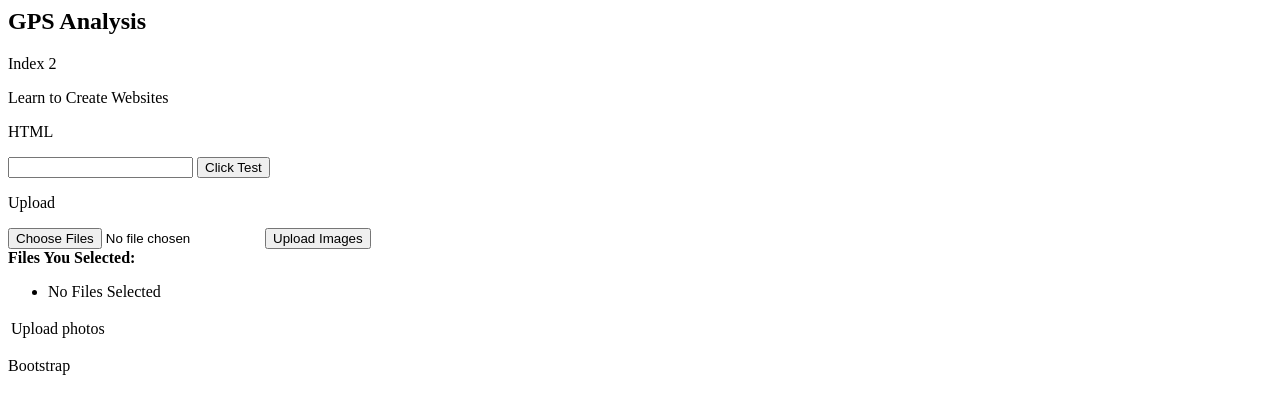
Repository: hanjangchen/Raspberry
Page: prjGAEGPSAnalysis/prjGPSAnalysis/src/static/my_ng_templates/desktop/index_data_analysis.html
The author's editor kept a copy of each file at every save. The page is drawn from the files as they stood at one save, then again after the next save.
The browser window is 1280 px wide. The pictures show the whole page.

Above is the page before, as saved 2014-11-02 21:39:47.
Console error: ReferenceError: $ is not defined

After the next save:
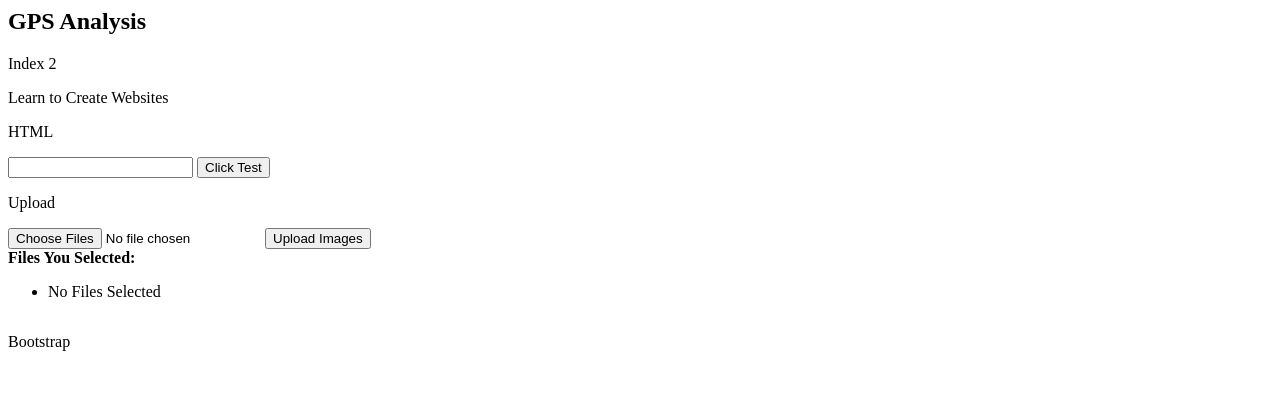
Saved 8 min 20 s later.
--- a/prjGAEGPSAnalysis/prjGPSAnalysis/src/static/my_ng_templates/desktop/index_data_analysis.html
+++ b/prjGAEGPSAnalysis/prjGPSAnalysis/src/static/my_ng_templates/desktop/index_data_analysis.html
@@ -34,9 +34,6 @@
 			</section>
 			<section>
 				<table id="photo_table">
-					<tr>
-						<td id="addbirdphoto">Upload photos</td>
-					</tr>
 				</table>
 			</section>
 		</div>
